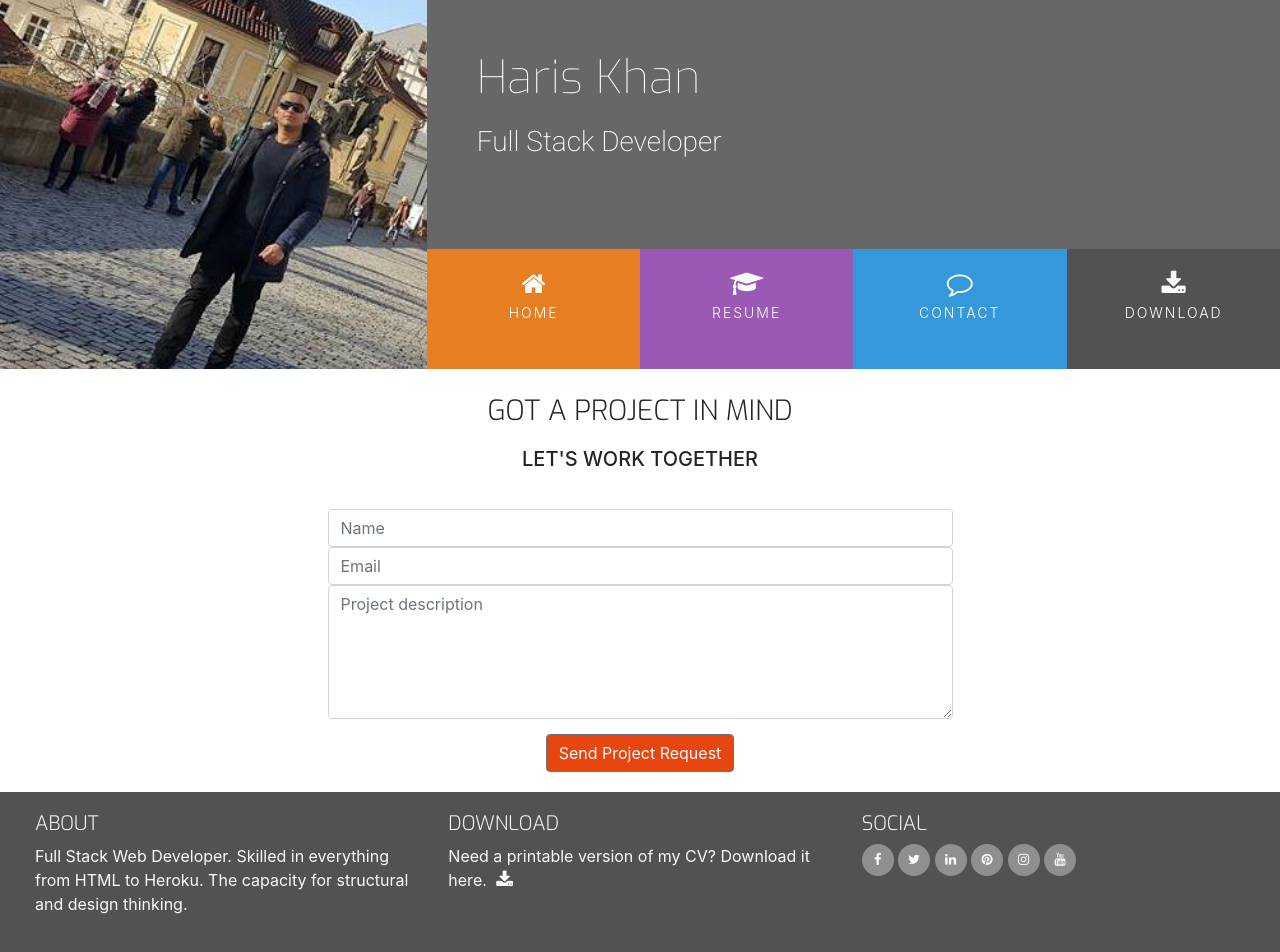
Repository: anmalik82/Padding-Top
Page: contact.html
The author's editor kept a record of every edit. The page is drawn from the files as they stood at one moment, then again after the next edit.
The browser window is 1280 px wide. The pictures show the whole page.
Some web libraries are served in a nearby version.

Above is the page before.

After the next edit:
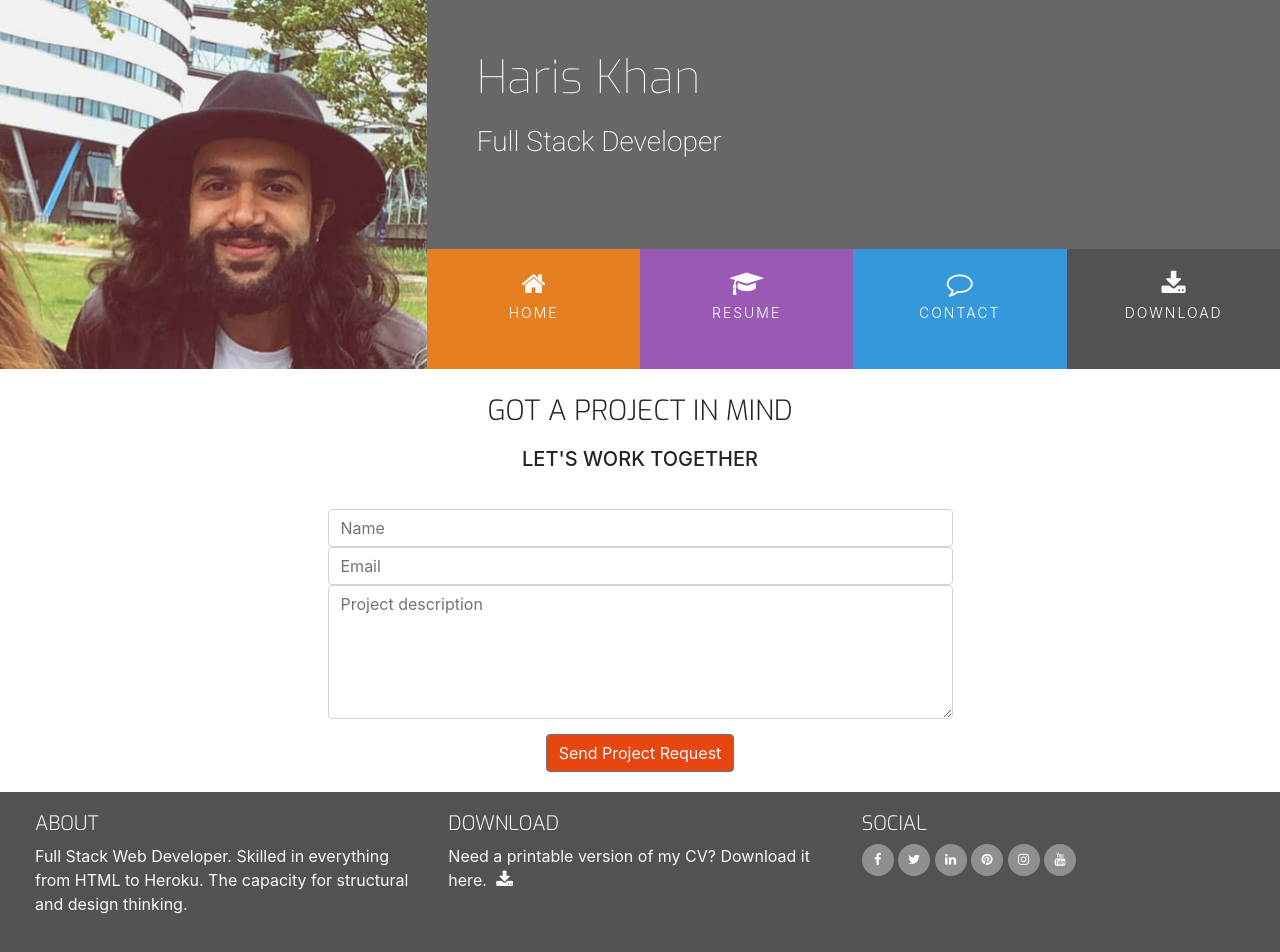
The edit:
--- a/assets/css/style.css
+++ b/assets/css/style.css
@@ -92,7 +92,7 @@
 
 
 .logo {
-    background: url("../images/ali.jpg");
+    background: url("../images/harr.png");
     background-position: center;
     background-repeat: no-repeat;
     background-size: cover;
